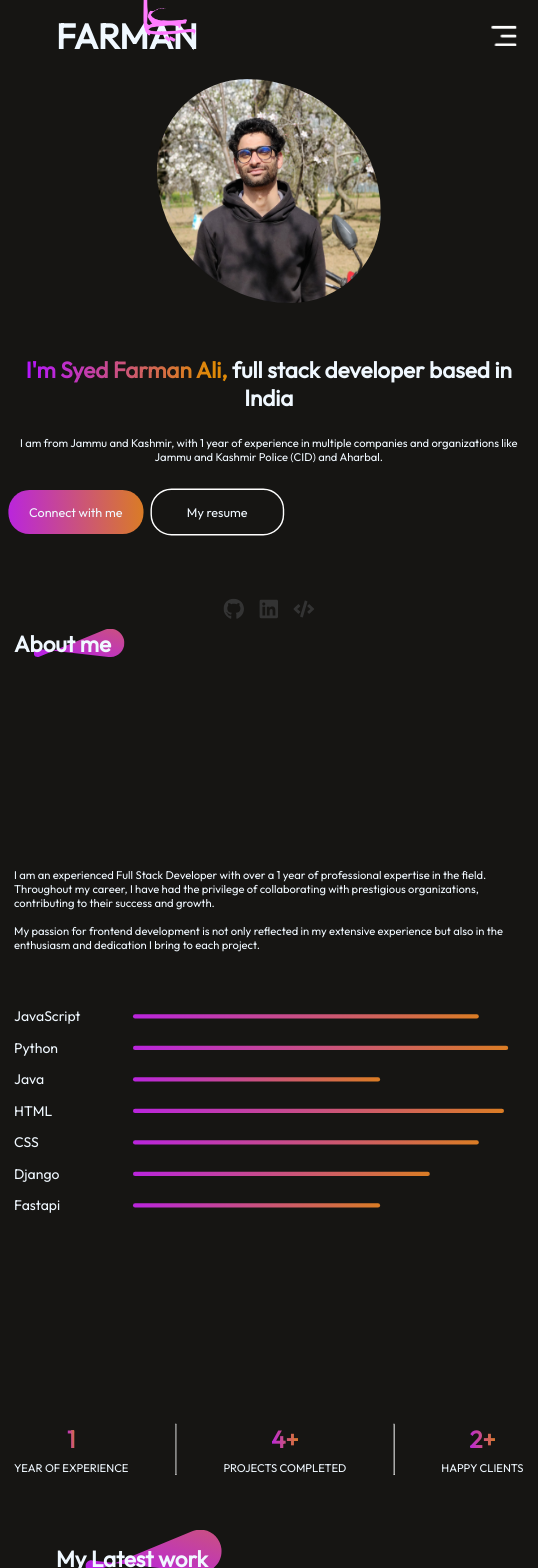
Repository: FARMAN9/portfolio_React
Page: /
These files come from the project's save history. The page is drawn as it stood at one moment and after the next save; the edit follows.
The browser window is 768 px wide. The pictures show the part of the page from y = 0 to 2240 px (the page is 6355 px tall before and 5815 px after), at 70% of full size.
The project was rebuilt for these pictures with package versions that can differ from the ones it lists, and the page was loaded fresh each time. Also part of the build but not shown: vite.config.js.

Above is the page before, as saved 2024-10-16 21:38:38.

After the next save:
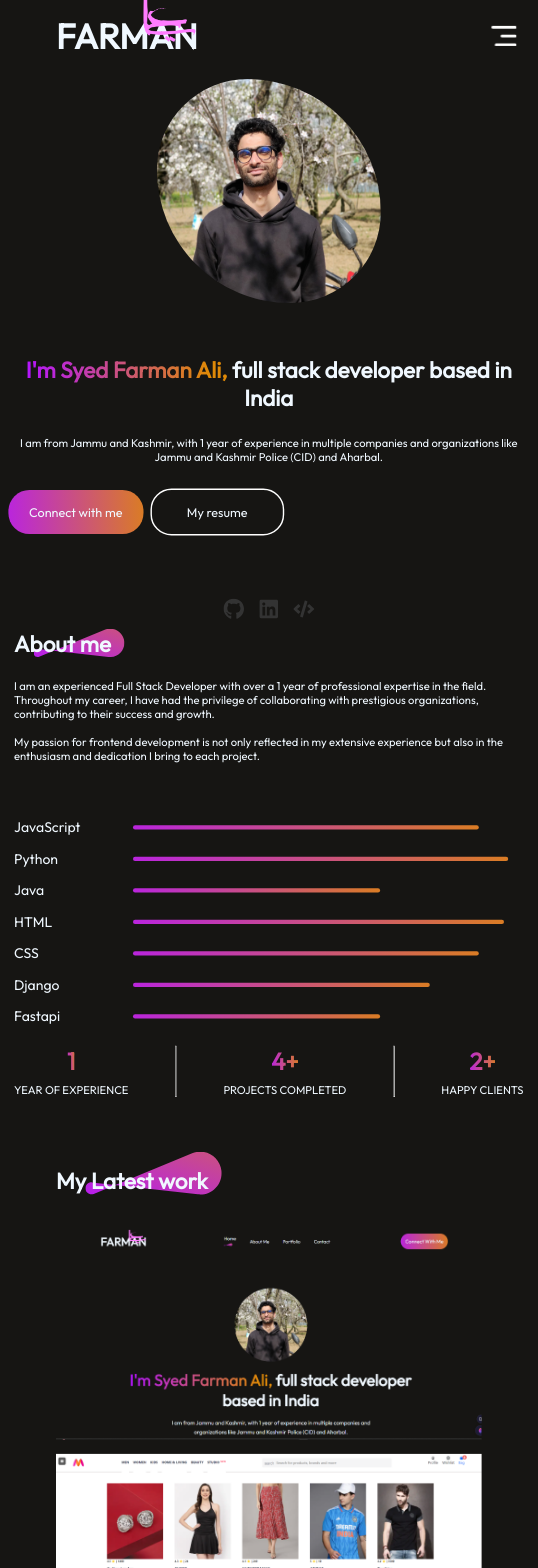
Saved 5 s later.
--- a/src/Components/About/About.css
+++ b/src/Components/About/About.css
@@ -111,7 +111,7 @@
 
 @media (max-width: 768px) {
   .about {
-    gap: 300px;
+    gap: 30px;
     margin: 10px 20px;
     align-items: start;
   }
